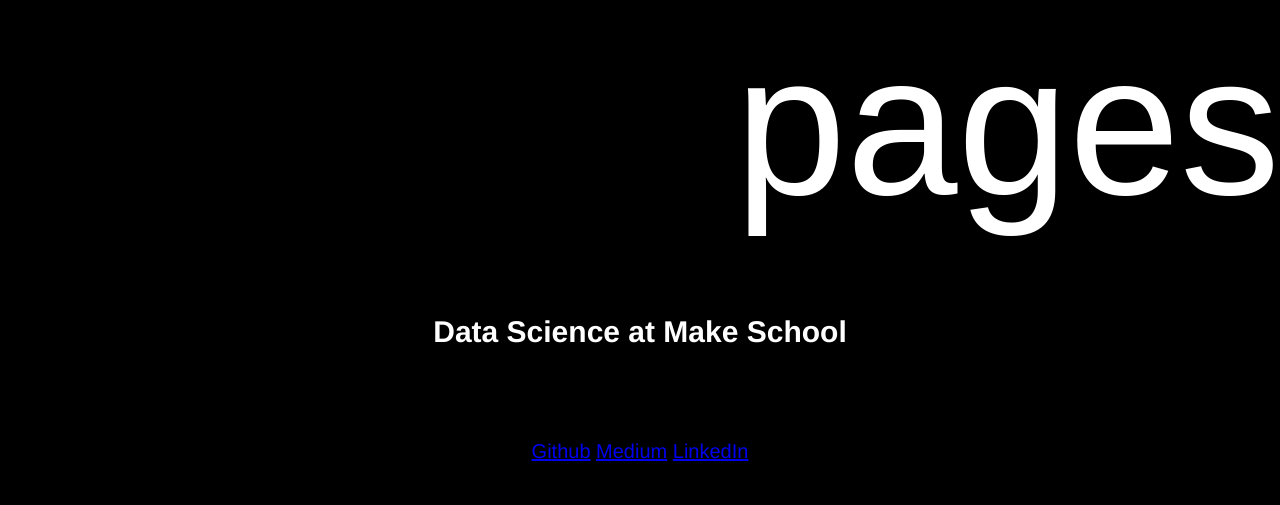
Repository: SamirIngley/html-semantic
Page: templates/projects.html
An editor plug-in stored every save of this project. The page is shown before and after the next save, followed by the edit.
The browser window is 1280 px wide. The pictures show the whole page.

Above is the page before, as saved 2020-01-30 16:43:07.

### templates/projects.html
<!DOCTYPE html>
<html lang="en">

    <head>
        <meta charset="UTF-8">
        <center><title>Samir Ingle</title></center>
        <link href="static/styles/style.css" rel="stylesheet">
    </head>
    <body>
        <header>
            <nav>
                <div class='dropdown'>
                    <button class='dropbtn'>pages</button>
                    <div class="dropdown-content">
                        <a href="/about">about</a>
                        <a href="/projects">projects</a>
                        <a href="/contact">contact</a>
                    </div>
                </div>
            </nav>
        </header>

        <main>

        </main>

        <center><h2><b>Data Science</b> at Make School</h2></center>
        <br>



        </p>
        <center>
        <footer>
            <br>
            <a href="https://github.com/SamirIngley">Github</a>
            <a href="https://medium.com/@SamirIngle">Medium</a>
            <a href="https://www.linkedin.com/in/samiringle/">LinkedIn</a>
        </footer>
        </center>

    </body>
</html>

### static/styles/style.css

* {
    box-sizing: border-box;
}

body {
    margin: 0;
    font-size: 20px;
    background-color:rgb(0, 0, 0);
    color: white;
    font-family: Helvetica;
  }




nav {
    background-color: rgba(215, 176, 251, 0);
    /* font-weight:bold; */
  }


nav a {
    color: white;
    text-align: right;
    font-size: 2vw;
    text-decoration: none;
}

nav a:hover{
    color: lime;

}

nav a.active {
    background-color: orange;
    color: purple;
}


nav {
    display: flex;
    justify-content: flex-end;
    list-style: none;
} */
/*
nav {
    padding: 1em;
} */




.topnav {
  overflow: hidden;
  background-color: rgb(226, 226, 226);
}

.topnav a {
  float: right;
  color: #ffffff;
  text-align: center;
  padding: 14px 16px;
  text-decoration: none;
  font-size: 3px;
}

.topnav a:hover {
  background-color: #ddd;
  color: black;
}

.topnav a.active {
  background-color: #4CAF50;
  color: white;
}

.dropbtn {
  background-color: rgba(0, 0, 0, 0);
  color: white;
  /* padding: 60px; */
  padding: 10px 0px 50px 100px;

  font-size: 10em;
  border: 16px;
  cursor: pointer;
}

.dropbtn:hover {
  color: lime;

}

.dropdown {
  position: relative;
  display: inline-block;
}

.dropdown-content {
  display: none;
  position: absolute;
  right: 0;
  background-color: #000000;
  min-width: 200px;
  box-shadow: 0px 8px 16px 0px rgba(0,0,0,0.2);
  z-index: 1;
}

.dropdown-content a {
  color: white;
  padding: 50px 10px 50px 300px;
  text-decoration: none;
  display: block;
}

.dropdown-content a:hover {background-color: #000000;}

.dropdown:hover .dropdown-content {display: block;}
.dropdown:hover .dropbtn {background-color: #000000;}

After the next save:
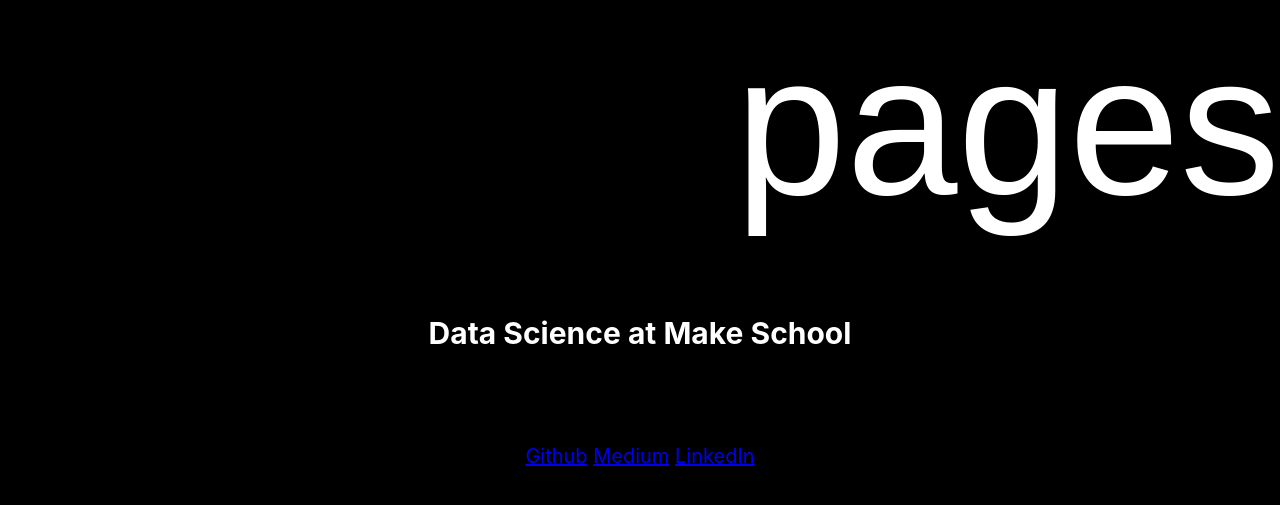
Saved 2 min 24 s later.
--- a/static/styles/style.css
+++ b/static/styles/style.css
@@ -8,7 +8,7 @@ body {
     font-size: 20px;
     background-color:rgb(0, 0, 0);
     color: white;
-    font-family: Helvetica;
+    font-family: -apple-system, BlinkMacSystemFont, 'Segoe UI', Roboto, Oxygen, Ubuntu, Cantarell, 'Open Sans', 'Helvetica Neue', sans-serif;
   }
 
 

After the save that followed:
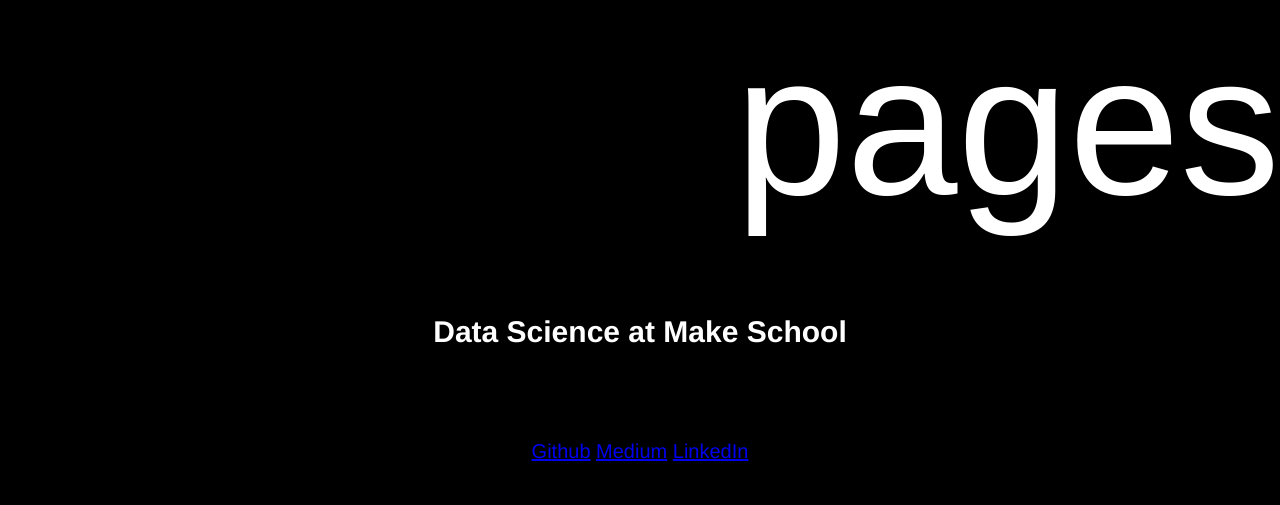
Saved 13 s later.
--- a/static/styles/style.css
+++ b/static/styles/style.css
@@ -8,7 +8,7 @@ body {
     font-size: 20px;
     background-color:rgb(0, 0, 0);
     color: white;
-    font-family: -apple-system, BlinkMacSystemFont, 'Segoe UI', Roboto, Oxygen, Ubuntu, Cantarell, 'Open Sans', 'Helvetica Neue', sans-serif;
+    font-family: Helvetica;
   }
 
 
